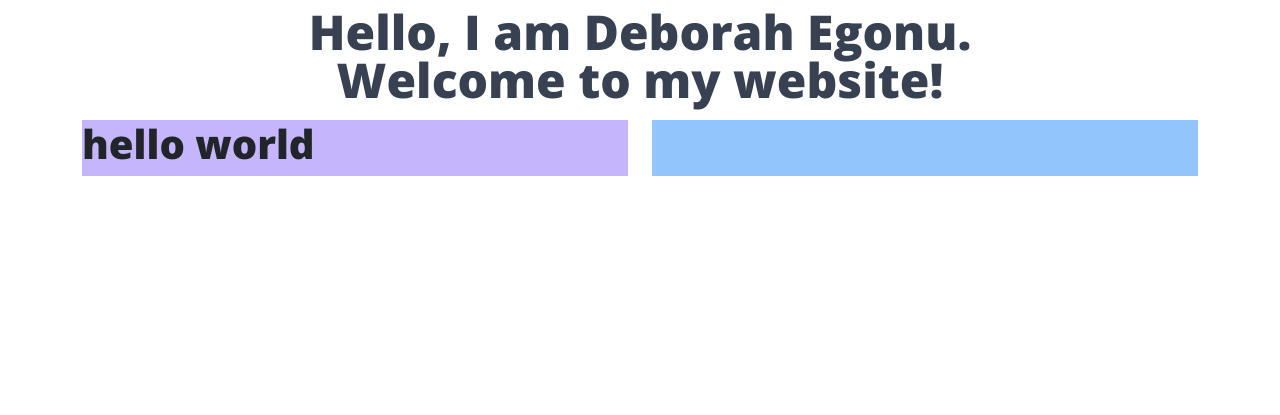
Repository: latenightsnacc/codewithdeb
Page: index.html
These files come from the project's save history. The page is drawn as it stood at one moment and after the next save; the edit follows.
The browser window is 1280 px wide. The pictures show the whole page.

Above is the page before, as saved 2021-06-07 10:37:14.

### index.html
<!DOCTYPE html>
<html lang="en">
<head>
    <meta charset="UTF-8">
    <meta http-equiv="X-UA-Compatible" content="IE=edge">
    <meta name="viewport" content="width=device-width, initial-scale=1.0">
    <!--TAILWIND CDN-->
    <link href="https://unpkg.com/tailwindcss@^2/dist/tailwind.min.css" rel="stylesheet">
    <!--BOOTSTRAP CDN-->
    <link href="https://cdn.jsdelivr.net/npm/bootstrap@5.0.1/dist/css/bootstrap.min.css" rel="stylesheet" integrity="sha384-+0n0xVW2eSR5OomGNYDnhzAbDsOXxcvSN1TPprVMTNDbiYZCxYbOOl7+AMvyTG2x" crossorigin="anonymous">
    <!--Page Title-->
    <title>HOME - DEBORAH EGONU</title>
    <style>
        @import url('https://fonts.googleapis.com/css2?family=Open+Sans:wght@300;400;600;700;800&display=swap');
        h1 {
            font-family: 'Open Sans', sans-serif;
            font-weight: 800;
        }
    </style>
</head>
<body>
    <!--NAVIGATION BAR / HEADER-->

    <!--H1 TEXT-->
    <div class="container">
        <h1 class="text-center text-xl lg:text-5xl text-gray-700 py-2">Hello, I am Deborah Egonu.
            <br/> Welcome to my website! </h1>
    </div>

    <!--GRID-->
    <div class="container">
        <div class="grid grid-cols-1 md:grid-cols-2 gap-4">
            <div class="bg-purple-300">
                <h1>hello world</h1>
            </div>
            <div class="bg-blue-300"></div>
        </div>
    </div>
</body>
</html>

After the next save:
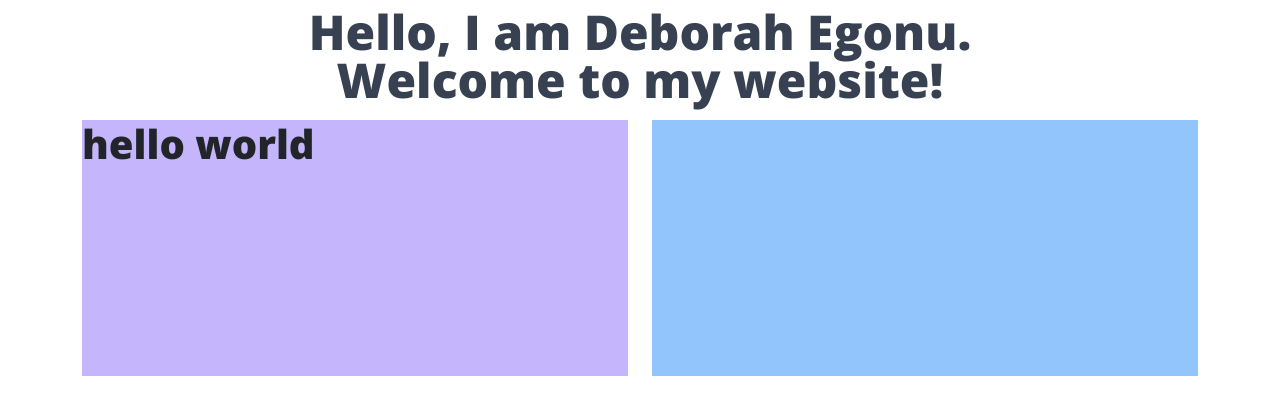
Saved 17 s later.
--- a/index.html
+++ b/index.html
@@ -30,7 +30,7 @@
     <!--GRID-->
     <div class="container">
         <div class="grid grid-cols-1 md:grid-cols-2 gap-4">
-            <div class="bg-purple-300">
+            <div class="bg-purple-300 h-64">
                 <h1>hello world</h1>
             </div>
             <div class="bg-blue-300"></div>
